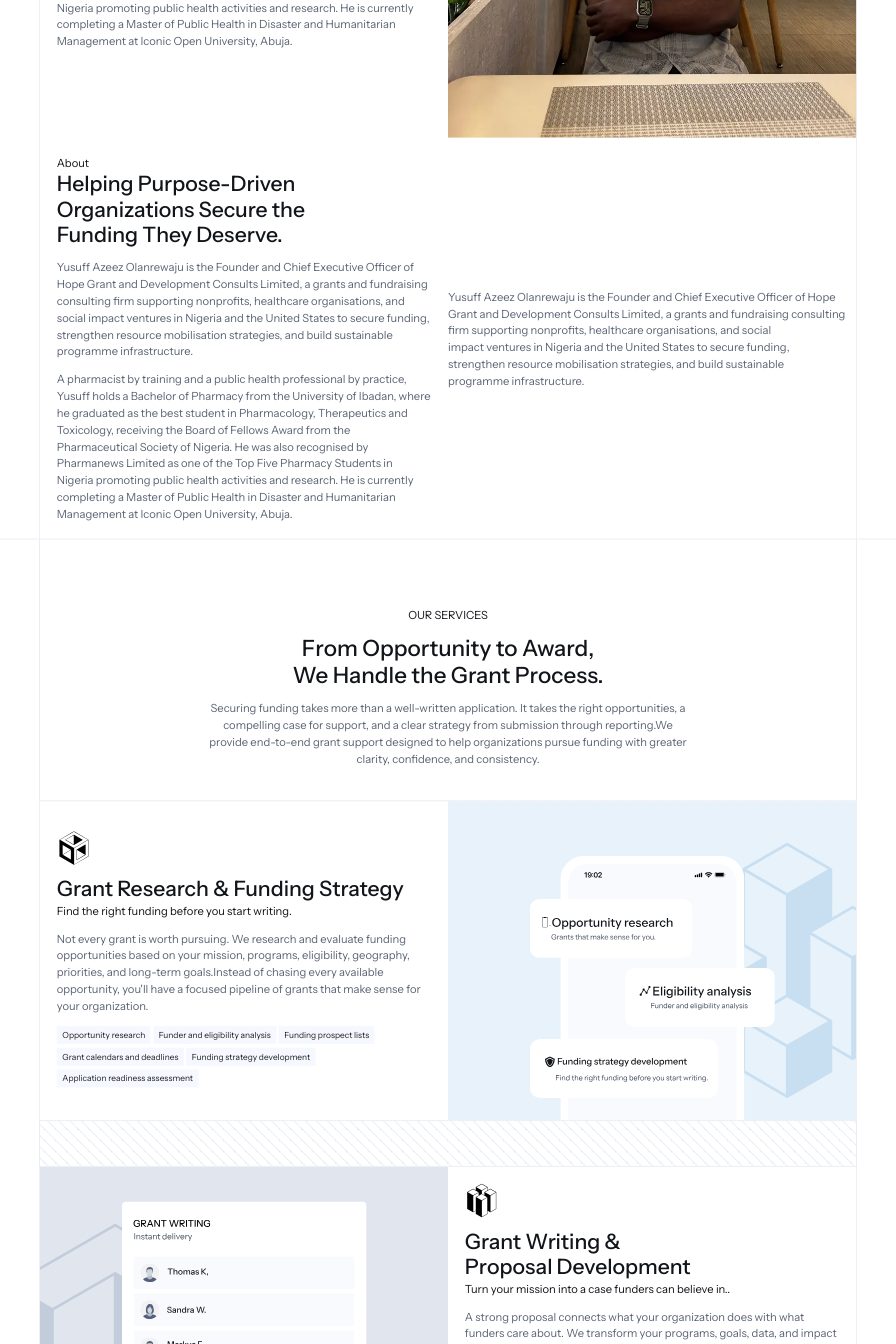
Repository: Ajeyinka/Upgrowth
Page: about.html
An editor plug-in stored every save of this project. The page is shown before and after the next save, followed by the edit.
The browser window is 1280 px wide. The pictures show the part of the page from y = 582 to 2502 px (the page is 5440 px tall before and 5331 px after), at 70% of full size.

Above is the page before, as saved 2026-09-24 18:38:56.

### about.html
<!doctype html>
<html lang="en">
  <head>
    <meta charset="UTF-8" />
    <meta name="viewport" content="width=device-width, initial-scale=1.0" />
     <meta
      name="description"
      content="Granted Advisors specialize in helping you scale your impact and secure resources they need to fulfill their mission"
    />
    <meta name="author" content="designer_0layinka" />
    <meta name="robots" content="index, follow" />
    <title>UpGrowth Consulting | grant writing service</title>
    <link rel="stylesheet" href="styles.css" />
    <link rel="icon" type="image/svg" href="images/logo.svg">
     <script src="script.js" defer></script>
  </head>
  <body>

    <nav class="navbar">
      <div class="nav-wrapper">
        <a class="logo" href="/">
           Hope Consults
        </a>

      <ul class="nav-list">
        <li><a href="#about">About Us</a></li>
        <li><a href="#services">Services</a></li>
        <li><a href="#approach">Approach</a></li>
        <li><a href="#faq">Faq</a></li>
      </ul>
      <div class="btn-wrap">
        <a href="contact.html" class="primary-btn"
          >Get in Touch
           <svg xmlns:xlink="http://www.w3.org/1999/xlink"  width="100%" height="100%" viewBox="0 0 16 17" fill="currentColor" xmlns="http://www.w3.org/2000/svg">
<path opacity="0.5" d="M2.66659 8C2.53398 8 2.4068 8.05268 2.31303 8.14645C2.21926 8.24021 2.16659 8.36739 2.16659 8.5C2.16659 8.63261 2.21926 8.75978 2.31303 8.85355C2.4068 8.94732 2.53398 9 2.66659 9L2.66659 8ZM2.66659 9L13.3333 9L13.3333 8L2.66659 8L2.66659 9Z" fill="currentColor"></path>
<path d="M13.9152 8.02637C14.1555 8.32095 14.138 8.75567 13.8634 9.03028L9.86341 13.0303C9.57051 13.3232 9.09575 13.3232 8.80286 13.0303C8.50997 12.7374 8.50997 12.2626 8.80286 11.9697L12.2726 8.5L8.80286 5.03028C8.50997 4.73738 8.50997 4.26262 8.80286 3.96973C9.09575 3.67684 9.57052 3.67684 9.86341 3.96973L13.8634 7.96973L13.9152 8.02637Z" fill="currentColor"></path>
</svg>
        </a>
      </div>
      <div class="btn-toggle-hold">
              <a href="#" class="toggle_button" id="toggle_button">
                <span class="bar one"></span>
                <span class="bar two"></span>
                <span class="bar three"></span>
              </a>

            </div>

    </nav>
    <main>
         <section class="about-section" id="about">
  <div class="container_large">
    <div class="padding_globe">
      <div class="service-component">
        <div class="section-conten">

        <div class="two-col-grid">
            <div class="grid-text">
              <div>
                <div class="eye-brow">About</div>

                <h2>
                  Helping Purpose-Driven Organizations Secure the Funding They
                  Deserve.
                </h2>
              </div>

              <p>
                Yusuff Azeez Olanrewaju is the Founder and Chief Executive Officer of Hope Grant and Development Consults Limited, a grants and fundraising consulting firm supporting nonprofits, healthcare organisations, and social impact ventures in Nigeria and the United States to secure funding, strengthen resource mobilisation strategies, and build sustainable programme infrastructure.



              </p>
              <p>A pharmacist by training and a public health professional by practice, Yusuff holds a Bachelor of Pharmacy from the University of Ibadan, where he graduated as the best student in Pharmacology, Therapeutics and Toxicology, receiving the Board of Fellows Award from the Pharmaceutical Society of Nigeria. He was also recognised by Pharmanews Limited as one of the Top Five Pharmacy Students in Nigeria promoting public health activities and research. He is currently completing a Master of Public Health in Disaster and Humanitarian Management at Iconic Open University, Abuja.</p>
            </div>

            <div class="grid-image">
              <img src="images/consult.webp" alt="" />
            </div>
          </div>

           <div class="two-col-grid">
            <div class="grid-text">
              <div>
                <div class="eye-brow">About</div>

                <h2>
                  Helping Purpose-Driven Organizations Secure the Funding They
                  Deserve.
                </h2>
              </div>

              <p>
                Yusuff Azeez Olanrewaju is the Founder and Chief Executive Officer of Hope Grant and Development Consults Limited, a grants and fundraising consulting firm supporting nonprofits, healthcare organisations, and social impact ventures in Nigeria and the United States to secure funding, strengthen resource mobilisation strategies, and build sustainable programme infrastructure.



              </p>
              <p>A pharmacist by training and a public health professional by practice, Yusuff holds a Bachelor of Pharmacy from the University of Ibadan, where he graduated as the best student in Pharmacology, Therapeutics and Toxicology, receiving the Board of Fellows Award from the Pharmaceutical Society of Nigeria. He was also recognised by Pharmanews Limited as one of the Top Five Pharmacy Students in Nigeria promoting public health activities and research. He is currently completing a Master of Public Health in Disaster and Humanitarian Management at Iconic Open University, Abuja.</p>
            </div>

            <div class="grid-image">
               <p>
                Yusuff Azeez Olanrewaju is the Founder and Chief Executive Officer of Hope Grant and Development Consults Limited, a grants and fundraising consulting firm supporting nonprofits, healthcare organisations, and social impact ventures in Nigeria and the United States to secure funding, strengthen resource mobilisation strategies, and build sustainable programme infrastructure.



              </p>
            </div>
          </div>

        </div>
      </div>
    </div>
  </div>
</section>

        <section class="service-section" id="services">
          <div class="container_large">
             <div class="padding_globe">
              <div class="service-component">
                 <div class="section-top">
                  <div class="section-top-text">
                        <div class="eye-brow">OUR SERVICES</div>
                        <h2>From Opportunity to Award, We Handle the Grant Process.</h2>
                         <p>Securing funding takes more than a well-written application. It takes the right opportunities, a compelling case for support, and a clear strategy from submission through reporting.We provide end-to-end grant support designed to help organizations pursue funding with greater clarity, confidence, and consistency.</p>
                  </div>

                 </div>
                 <div class="section-content">
                   <div class="two-col-grid">
                     <div class="grid-text">
                      <img src="images/grant.svg" alt="" srcset="">
                      <div>
                        <h3>Grant Research & Funding Strategy</h3>
                       <div class="eye-brow">Find the right funding before you start writing.</div>
                      </div>
                       <p>Not every grant is worth pursuing. We research and evaluate funding opportunities based on your mission, programs, eligibility, geography, priorities, and long-term goals.Instead of chasing every available opportunity, you'll have a focused pipeline of grants that make sense for your organization.</p>
                        <div class="tags">
                        <div class="tag">Opportunity research</div>
                        <div class="tag">Funder and eligibility analysis</div>
                        <div class="tag">Funding prospect lists</div>
                        <div class="tag">Grant calendars and deadlines</div>
                        <div class="tag">Funding strategy development</div>
                        <div class="tag">Application readiness assessment</div>
                       </div>
                     </div>
                     <div class="grid-image">
                      <img src="images/firstbg.svg" alt="" srcset="">
                      <img src="images/grand-research.svg" alt="" srcset="" class=" rsh">
                    </div>
                   </div>
                    <div class="two-col-grid">

                     <div class="grid-image">
                      <img src="images/secondbg.svg" alt="" srcset="">
                      <img src="images/grantwrite.svg" alt="" srcset="" class="top">
                    </div>
                    <div class="grid-text">
                      <img src="images/grant2.svg" alt="" srcset="">
                      <div>
                        <h3>Grant Writing & Proposal Development</h3>
                       <div class="eye-brow">Turn your mission into a case funders can believe in..</div>
                      </div>
                       <p>A strong proposal connects what your organization does with what funders care about. We transform your programs, goals, data, and impact into clear, persuasive applications built around each funder's requirements.From the first narrative to the final submission package, every detail is developed with clarity and purpose.</p>
                        <div class="tags">
                        <div class="tag">Proposal and narrative development</div>
                        <div class="tag">Letters of inquiry and concept notes</div>
                        <div class="tag">Goals, objectives, and outcomes</div>
                        <div class="tag">Budget narrative support</div>
                        <div class="tag">Application review and editing</div>
                        <div class="tag">Needs statements and program descriptions</div>
                       </div>
                     </div>
                   </div>
                    <div class="two-col-grid">
                     <div class="grid-text">
                      <img src="images/grant3.svg" alt="" srcset="">
                       <div>
                        <h3>Grant Management & Reporting</h3>
                       <div class="eye-brow">Stay funded after the award..</div>
                      </div>
                       <p>Winning a grant creates new responsibilities. Deadlines, reporting requirements, deliverables, renewals, and funder communication all need careful management.We help you stay organized and accountable throughout the grant lifecycle, while positioning your organization for stronger funder relationships and future opportunities.</p>
                       <div class="tags">
                        <div class="tag">Grant calendar management</div>
                        <div class="tag">Reporting and documentation</div>
                        <div class="tag">Progress and impact reports</div>
                        <div class="tag">Compliance tracking</div>
                        <div class="tag">Renewal applications</div>
                        <div class="tag">Funder communication support</div>
                        <div class="tag">Ongoing grant pipeline management</div>
                       </div>
                     </div>
                     <div class="grid-image">
                      <img src="images/thirdbg.svg" alt="" srcset="">
                      <img src="images/grantmanage.svg" alt="" srcset="" class="top">
                    </div>
                   </div>
                 </div>
              </div>
             </div>
          </div>
        </section>
        <section class="approach-section" id="approach">
          <div class="container_large">
             <div class="padding_globe">
              <div class="service-component">
                <div class="section-top">
                  <div class="section-top-text">
                        <div class="eye-brow">OUR APPROACH</div>
                        <h2>The Right Grant.The Right Story.The Right Strategy.</h2>
                         <p>Successful grant funding starts long before the application and continues after the award. Our approach brings research, strategy, writing, and grant management together into one clear process, so every opportunity you pursue has purpose behind it.</p>
                  </div>

                 </div>
                 <div class="section-content">
                   <div class="three-col-grid">
                     <div class="approach-card">
                       <img src="images/grant4.svg" alt="">
                       <div>
                         <div class="eyebrow">DISCOVER</div>
                        <h3>We Start With Your Mission.</h3>
                       </div>
                       <p>Before we search for funding, we take the time to understand your organization, programs, goals, community, and funding priorities. This gives us the foundation to identify opportunities that truly align with the work you do.</p>
                       <div class="eyebrow">Understand the mission. Define the need. Set the direction.</div>
                     </div>
                     <div class="approach-card">
                       <img src="images/grant5.svg" alt="">
                       <div>
                         <div class="eyebrow">RESEARCH</div>
                         <h3>We Find the Right Opportunities.</h3>
                       </div>
                       <p>More grants don't always mean more funding. We research and qualify opportunities based on eligibility, alignment, funding priorities, deadlines, and your likelihood of being a strong candidate.</p>
                        <div class="eyebrow">Less chasing. More strategic opportunities.</div>
                     </div>
                      <div class="approach-card">
                       <img src="images/grant6.svg" alt="">
                       <div>
                         <div class="eyebrow">DEVELOP</div>
                         <h3>We Build a Compelling Case.</h3>
                       </div>
                       <p>We turn your programs, impact, data, and vision into a clear proposal tailored to each funder. Every application is developed to communicate not only what you need, but why your work deserves investment.</p>
                        <div class="eyebrow">Clear narratives. Strong applications. Funder-focused storytelling.</div>
                     </div>
                      <div class="approach-card">
                       <img src="images/grant.svg" alt="">
                       <div>
                         <div class="eyebrow">SUPPORT</div>
                         <h3>We Stay With You Beyond Submission.</h3>
                       </div>
                       <p>Our work doesn't have to end when you hit submit. We can help manage your grant pipeline, reporting requirements, renewals, deadlines, and future opportunities, giving you a more consistent approach to funding.</p>
                        <div class="eyebrow">From first opportunity to long-term funding strategy.</div>
                     </div>


                   </div>
                 </div>
              </div>

             </div>
          </div>
        </section>


        <section class="cta-section rel" id="cta">
          <div class="container_large">
             <div class="padding_globe">
                  <img src="images/bg.svg" alt="" class="bg">
                  <img src="images/bg1.svg" alt="" class="bg2">
                  <div class="cta-component">
                      <h2>Ready to discuss your funding needs?</h2>
                      <p>Schedule a Sales Discovery Call today!</p>
                       <div class="btn-wrapper">
                        <a href="contact.html" class="primary-btn"
                          >Get Grant Support
                           <svg xmlns:xlink="http://www.w3.org/1999/xlink"  width="100%" height="100%" viewBox="0 0 16 17" fill="currentColor" xmlns="http://www.w3.org/2000/svg">
                              <path opacity="0.5" d="M2.66659 8C2.53398 8 2.4068 8.05268 2.31303 8.14645C2.21926 8.24021 2.16659 8.36739 2.16659 8.5C2.16659 8.63261 2.21926 8.75978 2.31303 8.85355C2.4068 8.94732 2.53398 9 2.66659 9L2.66659 8ZM2.66659 9L13.3333 9L13.3333 8L2.66659 8L2.66659 9Z" fill="currentColor"></path>
                              <path d="M13.9152 8.02637C14.1555 8.32095 14.138 8.75567 13.8634 9.03028L9.86341 13.0303C9.57051 13.3232 9.09575 13.3232 8.80286 13.0303C8.50997 12.7374 8.50997 12.2626 8.80286 11.9697L12.2726 8.5L8.80286 5.03028C8.50997 4.73738 8.50997 4.26262 8.80286 3.96973C9.09575 3.67684 9.57052 3.67684 9.86341 3.96973L13.8634 7.96973L13.9152 8.02637Z" fill="currentColor"></path>
                          </svg>
                        </a>
                      </div>
                  </div>
             </div>
          </div>
        </section>

    </main>
      <footer>
             <div class="container_large">
               <div class="padding_globe">
                    <div class="footer-component">
                      <div class="col">
                        <img src="images/footerlogo.svg" alt="">
                        <p>Scale your funding opportunities</p>
                      </div>
                      <div class="col">
                        <h4>Navigate</h4>
                        <ul class="footer-links">
                            <li><a href="index.html#about">About Us</a></li>
                            <li><a href="index.html#services">Services</a></li>
                            <li><a href="index.html#approach">Approach</a></li>
                            <li><a href="contact.html">Get in Touch</a></li>
                        </ul>
                      </div>
                      <div class="col">
                        <h4>Services</h4>
                        <ul class="footer-links">
                            <li><a href="index.html#services">Grant Writing</a></li>
                            <li><a href="index.html#services">Grant Research</a></li>
                            <li><a href="index.html#services">Grant Management</a></li>
                            </ul>
                      </div>
                      <div class="col">
                        <h4>Legal</h4>
                        <ul class="footer-links">
                            <li><a href="privacy.html">Privacy notice</a></li>
                            <li><a href="cookie-policy.html">cookie policy</a></li>
                            <li><a href="contact.html">Contact Us</a></li>
                        </ul>
                      </div>
                      <div class="footer-btm">
                        <p>© 2024 UpGrowth.</p>
                      </div>
                    </div>
             </div>
        </footer>
  </body>
</html>

Loaded but not shown: images/grand-research.svg (58 lines, source omitted); images/grantmanage.svg (52 lines, source omitted); images/grantwrite.svg (95 lines, source omitted); images/footerlogo.svg (25 lines, source omitted); images/bg1.svg (4 lines, source omitted); images/bg.svg (5 lines, source omitted); images/grant4.svg (5 lines, source omitted); images/grant3.svg (3 lines, source omitted); images/grant5.svg (3 lines, source omitted); images/grant6.svg (3 lines, source omitted); images/grant2.svg (3 lines, source omitted); images/grant.svg (5 lines, source omitted); images/secondbg.svg (11 lines, source omitted); images/thirdbg.svg (4 lines, source omitted); script.js (76 lines, source omitted); styles.css (1070 lines, source omitted)

After the next save:
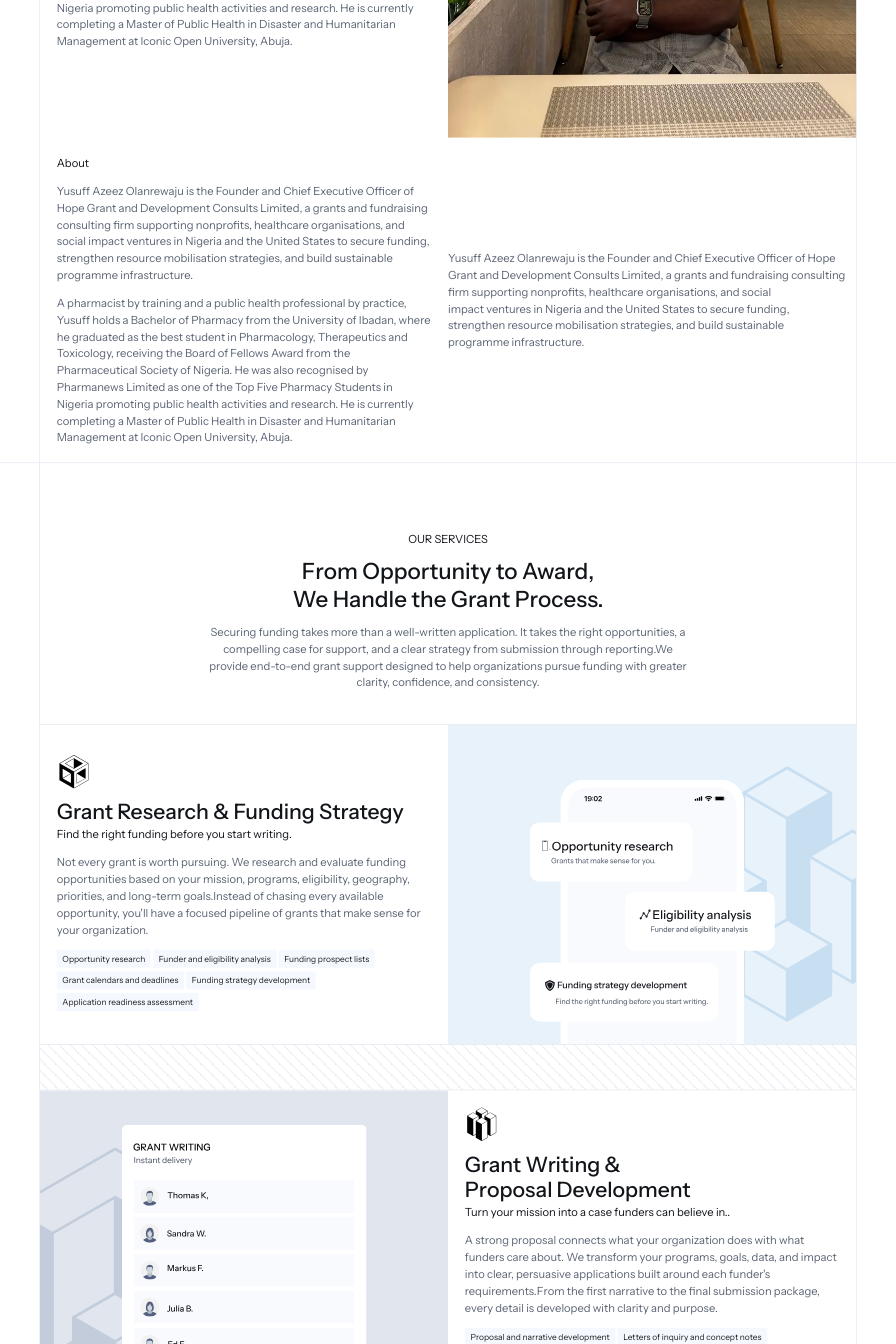
Saved 10 s later.
--- a/about.html
+++ b/about.html
@@ -84,9 +84,7 @@
               <div>
                 <div class="eye-brow">About</div>
 
-                <h2>
-                  Helping Purpose-Driven Organizations Secure the Funding They
-                  Deserve.
+
                 </h2>
               </div>
 
